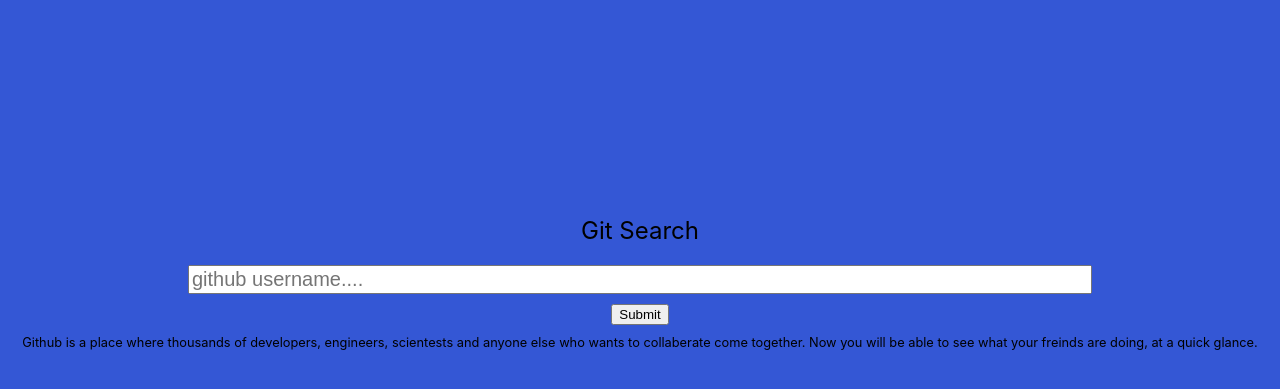
Repository: carlsopa/gitsearch
Page: / (app in gitsearch/)
An editor plug-in stored every save of this project. The page is shown before and after the next save, followed by the edit.
The browser window is 1280 px wide. The pictures show the whole page.
The project was rebuilt for these pictures with package versions that can differ from the ones it lists, and the page was loaded fresh each time. Also part of the build but not shown: gitsearch/src/components/profile.js, gitsearch/src/components/repo_card.js, gitsearch/src/components/repos.js.

Above is the page before, as saved 2020-06-23 09:43:46.

After the next save:
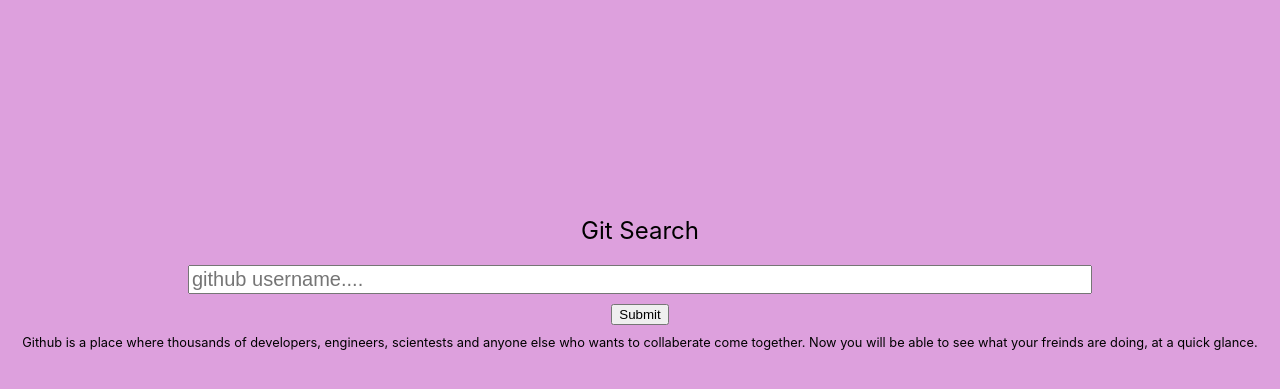
Saved 73 s later.
--- a/gitsearch/src/design/git.css
+++ b/gitsearch/src/design/git.css
@@ -1,5 +1,6 @@
 body{
     background-color:#3457D5;
+    background-color: #DDA0DD
 }
 img{
     width:60%;
@@ -71,7 +72,7 @@
     overflow: scroll;
 }
 .repo_card{
-    background-color:white;
+    background-color:#3457D5;
     /* border: 1px solid black; */
     width: 90vw;
     justify-self: center;
